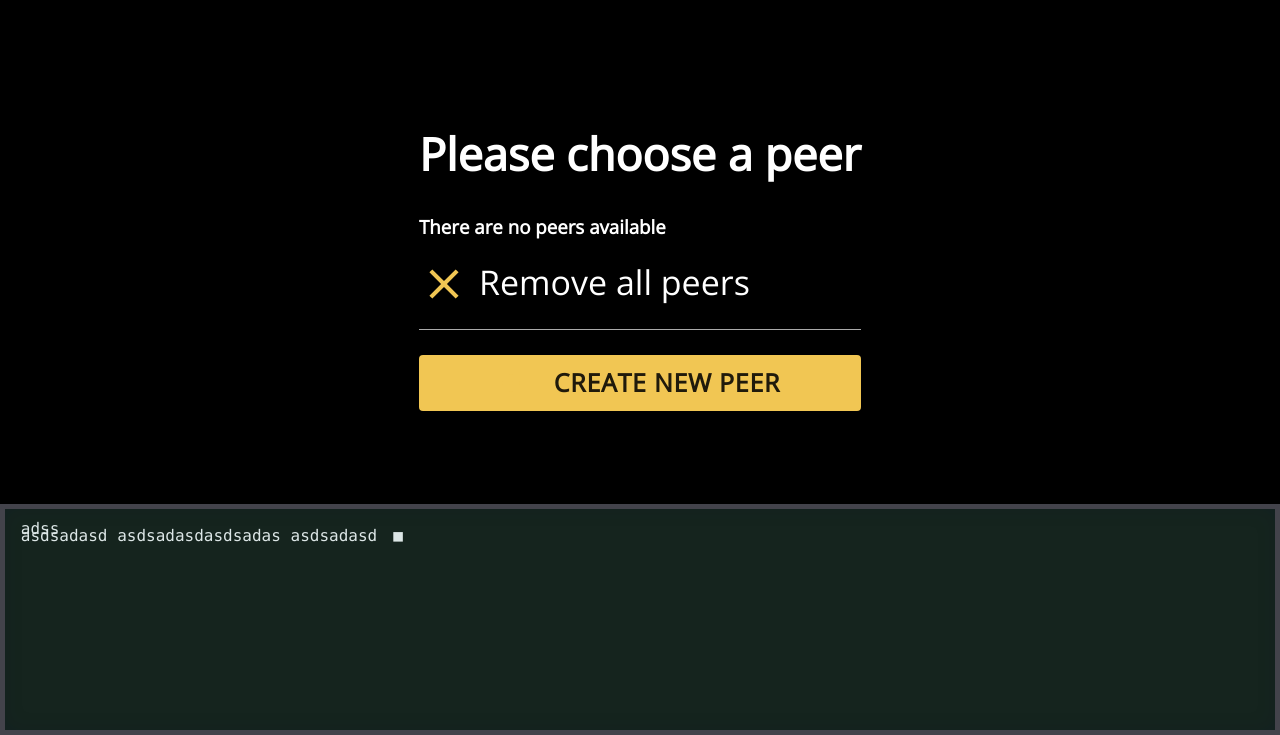
Repository: Bachdz/ASAP-Gui-Frontend
Page: /login
An editor plug-in stored every save of this project. The page is shown before and after the next save, followed by the edit.
The browser window is 1280 px wide. The pictures show the whole page.
The page's requests for data from a server got no answer. The project was rebuilt for these pictures with package versions that can differ from the ones it lists, and the page was loaded fresh each time. No one was signed in, and anything a server would have sent is missing. Also part of the build but not shown: src/css/loginscreen/Peer.css, src/components/fragments/Footer.js, src/components/mainscreen/subcomponents/Apps.js, src/css/mainscreen/Main.css, src/components/mainscreen/Main.js.

Above is the page before, as saved 2020-12-16 20:31:07.

After the next save:
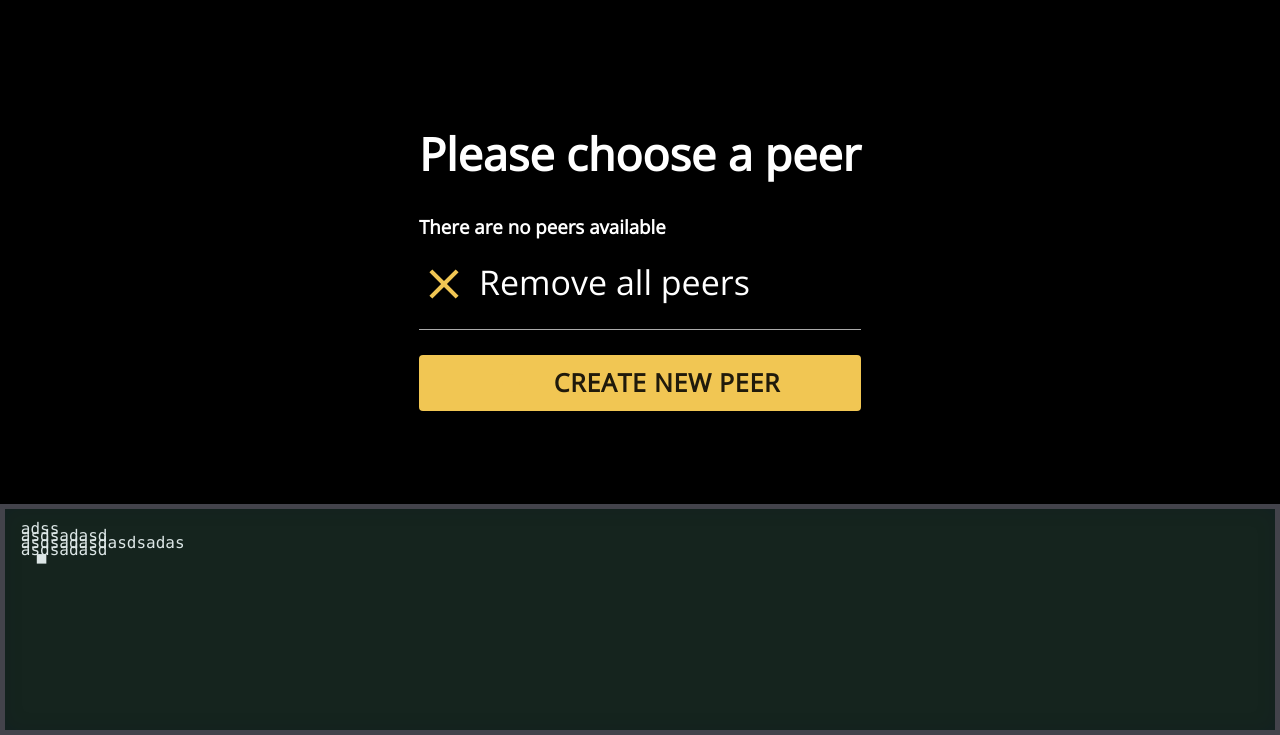
Saved 8 s later.
--- a/src/components/fragments/Terminal.js
+++ b/src/components/fragments/Terminal.js
@@ -8,9 +8,9 @@ export default function Terminal() {
         <div className="console">
             <pre className="i-has-teh-code" >
                 adss<br />
-                asdsadasd
-                asdsadasdasdsadas
-                asdsadasd
+                asdsadasd<br />
+                asdsadasdasdsadas<br />
+                asdsadasd<br />
 
             </pre>
 
